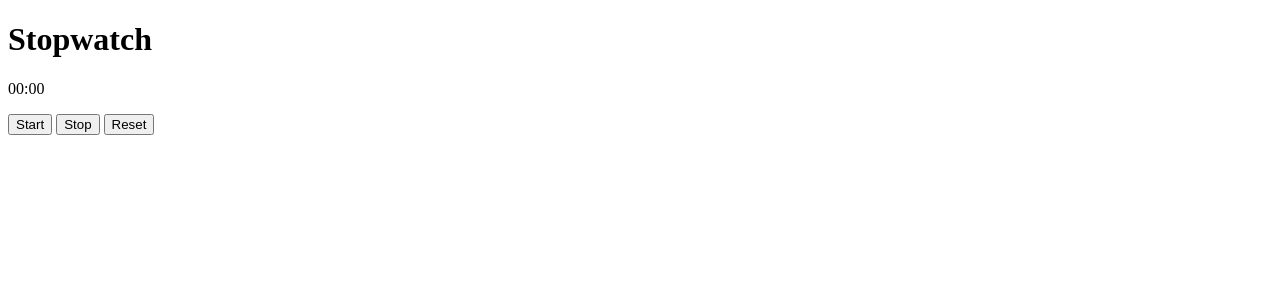
Repository: LeyaAbraham/web-dev
Page: clock.html
The author's editor kept a copy of each file at every save. The page is drawn from the files as they stood at one save, then again after the next save.
The browser window is 1280 px wide. The pictures show the whole page.

Above is the page before, as saved 2021-01-05 21:48:27.

After the next save:
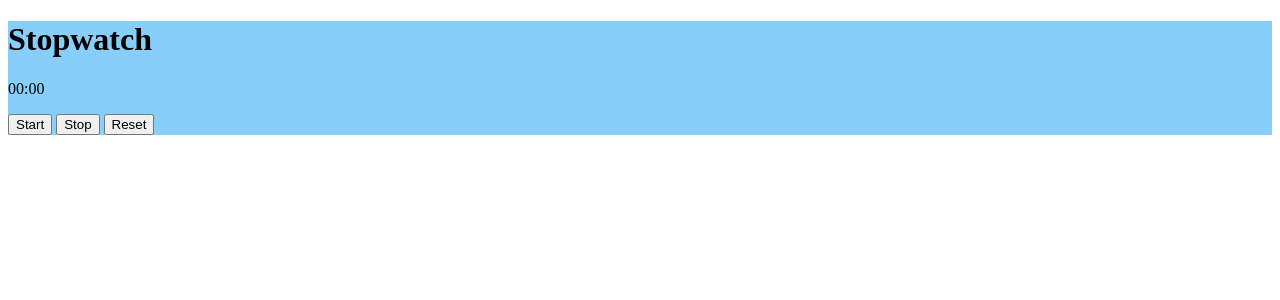
Saved 3 min 52 s later.
--- a/style.css
+++ b/style.css
@@ -1,4 +1,4 @@
-.wrap {
+#wrap {
     background-color: lightskyblue;
     border-color: lightyellow;
 }
